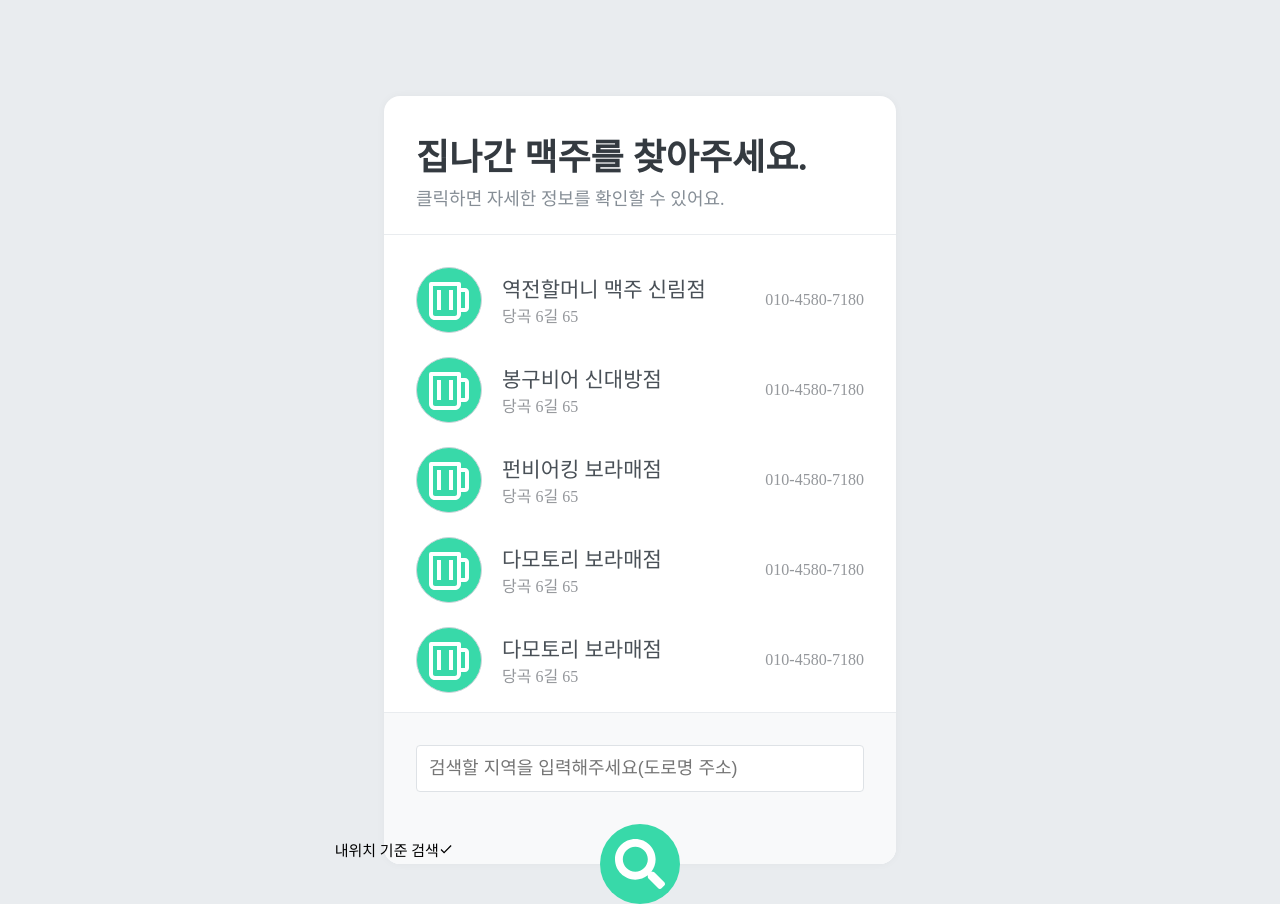
Repository: THE-SOPT-WEB/kimNamjun
Page: / (app in week4/bring-my-beer/)
The author's editor kept a copy of each file at every save. The page is drawn from the files as they stood at one save, then again after the next save.
The browser window is 1280 px wide. The pictures show the whole page.
An inner scrolling area shows only its first screen. The project was rebuilt for these pictures with package versions that can differ from the ones it lists, and the page was loaded fresh each time.

Above is the page before, as saved 2022-05-13 02:08:18.

### week4/bring-my-beer/public/index.html
<!DOCTYPE html>
<html lang="en">
  <head>
    <meta charset="utf-8" />
    <link rel="icon" href="%PUBLIC_URL%/favicon.ico" />
    <meta name="viewport" content="width=device-width, initial-scale=1" />
    <meta name="theme-color" content="#000000" />
    <meta
      name="description"
      content="Web site created using create-react-app"
    />
    <link rel="apple-touch-icon" href="%PUBLIC_URL%/logo192.png" />
    <!--
      manifest.json provides metadata used when your web app is installed on a
      user's mobile device or desktop. See https://developers.google.com/web/fundamentals/web-app-manifest/
    -->
    <link rel="manifest" href="%PUBLIC_URL%/manifest.json" />
    <!--
      Notice the use of %PUBLIC_URL% in the tags above.
      It will be replaced with the URL of the `public` folder during the build.
      Only files inside the `public` folder can be referenced from the HTML.

      Unlike "/favicon.ico" or "favicon.ico", "%PUBLIC_URL%/favicon.ico" will
      work correctly both with client-side routing and a non-root public URL.
      Learn how to configure a non-root public URL by running `npm run build`.
    -->
    <title>우리동네 맥주집</title>
  </head>
  <body>
    <noscript>You need to enable JavaScript to run this app.</noscript>
    <div id="root"></div>
    <!--
      This HTML file is a template.
      If you open it directly in the browser, you will see an empty page.

      You can add webfonts, meta tags, or analytics to this file.
      The build step will place the bundled scripts into the <body> tag.

      To begin the development, run `npm start` or `yarn start`.
      To create a production bundle, use `npm run build` or `yarn build`.
    -->
  </body>
</html>

### week4/bring-my-beer/src/App.js
import React from 'react';
import { createGlobalStyle } from 'styled-components';
import Template from './components/Template';
import Header from './components/Header';
import List from './components/List';
import Search from './components/Search';

const GlobalStyle = createGlobalStyle`
  body {
    background: #e9ecef;
  }
`;

function App() {
  return (
    <>
      <GlobalStyle />
      <Template>
        <Header />
        <List />
        <Search />
      </Template>
    </>
  );
}

export default App;

### week4/bring-my-beer/src/components/Template.jsx
import React from 'react';
import styled from 'styled-components';

const TemplateBlock = styled.div`
  width: 512px;
  height: 768px;

  position: relative;
  background: white;
  border-radius: 16px;
  box-shadow: 0 0 8px 0 rgba(0, 0, 0, 0.04);

  margin: 0 auto;

  margin-top: 96px;
  margin-bottom: 32px;
  display: flex;
  flex-direction: column;
`;

function Template({ children }) {
  return <TemplateBlock>{children}</TemplateBlock>;
}

export default Template;

### week4/bring-my-beer/src/components/Header.jsx
import React from 'react';
import styled from 'styled-components';

const HeaderBlock = styled.div`
  padding: 32px 32px 24px 32px;
  border-bottom: 1px solid #e9ecef;
  h1 {
    margin: 0;
    font-size: 36px;
    color: #343a40;
  }
  .tip {
    margin-top: 4px;
    color: #868e96;
    font-size: 18px;
  }
`;

function Header() {
  return (
    <HeaderBlock>
      <h1>집나간 맥주를 찾아주세요. </h1>
      <div className="tip">클릭하면 자세한 정보를 확인할 수 있어요.</div>
    </HeaderBlock>
  );
}

export default Header;

### week4/bring-my-beer/src/components/List.jsx
import React from 'react';
import axios from "axios";
import Skeleton, { SkeletonTheme } from 'react-loading-skeleton'
import styled from 'styled-components';
import Item from './Item';

const ListBlock = styled.div`
  flex: 1;
  padding: 20px 32px;
  padding-bottom: 48px;
  overflow-y: auto;
`;

function List() {
  return (
    <ListBlock>
      <Item title="역전할머니 맥주 신림점" adress='당곡 6길 65' contact='010-4580-7180'/>
      <Item title="봉구비어 신대방점" adress='당곡 6길 65' contact='010-4580-7180'/>
      <Item title="펀비어킹 보라매점" adress='당곡 6길 65' contact='010-4580-7180'/>
      <Item title="다모토리 보라매점" adress='당곡 6길 65' contact='010-4580-7180'/>
      <Item title="다모토리 보라매점" adress='당곡 6길 65' contact='010-4580-7180'/>
      <Item title="다모토리 보라매점" adress='당곡 6길 65' contact='010-4580-7180'/>
      <Item title="다모토리 보라매점" adress='당곡 6길 65' contact='010-4580-7180'/>
      <Item title="다모토리 보라매점" adress='당곡 6길 65' contact='010-4580-7180'/>
      <Item title="다모토리 보라매점" adress='당곡 6길 65' contact='010-4580-7180'/>
      <Item title="다모토리 보라매점" adress='당곡 6길 65' contact='010-4580-7180'/>
      <Item title="다모토리 보라매점" adress='당곡 6길 65' contact='010-4580-7180'/>
      <Item title="다모토리 보라매점" adress='당곡 6길 65' contact='010-4580-7180'/>
      <Item title="다모토리 보라매점" adress='당곡 6길 65' contact='010-4580-7180'/>
      <Item title="다모토리 보라매점" adress='당곡 6길 65' contact='010-4580-7180'/>
      <Item title="다모토리 보라매점" adress='당곡 6길 65' contact='010-4580-7180'/>
      <Item title="다모토리 보라매점" adress='당곡 6길 65' contact='010-4580-7180'/>
    </ListBlock>
  );
}

export default List;

### week4/bring-my-beer/src/components/Search.jsx
import React from 'react';
import styled from 'styled-components';
import { FaSearch } from 'react-icons/fa';
import { MdDone } from 'react-icons/md';

const CircleButton = styled.button`
  background: #38d9a9;
  &:hover {
    background: #63e6be;
  }
  &:active {
    background: #20c997;
  }

  cursor: pointer;
  width: 80px;
  height: 80px;
  display: block;
  align-items: center;
  justify-content: center;
  font-size: 50px;
  position: absolute;
  left: 50%;
  bottom: 0px;
  transform: translate(-50%, 50%);
  color: white;
  border-radius: 50%;
  border: none;
  outline: none;
  display: flex;
  align-items: center;
  justify-content: center;
  transition: 0.125s all ease-in;

`;

const InsertFormPositioner = styled.div`
  width: 100%;
  bottom: 0;
  left: 0;
  position: absolute;
`;

const InsertForm = styled.form`
  background: #f8f9fa;
  padding: 32px 32px 72px 32px;
  border-bottom-left-radius: 16px;
  border-bottom-right-radius: 16px;
  border-top: 1px solid #e9ecef;
`;

const Input = styled.input`
  padding: 12px;
  border-radius: 4px;
  border: 1px solid #dee2e6;
  width: 100%;
  outline: none;
  font-size: 18px;
  box-sizing: border-box;
`;

const CheckBox = styled.div`
  display: block;
  align-items: center;
  justify-content: center;
  font-size: 15px;
  position: absolute;
  left: 2%;
  bottom: 15px;
  transform: translate(-50%, 50%);
  border-radius: 50%;
  border: none;
  outline: none;
  display: flex;
  align-items: center;
  justify-content: center;
  transition: 0.125s all ease-in;

`

function Search() {

  return (
    <>
        <InsertFormPositioner>
          <InsertForm>
            <Input autoFocus placeholder="검색할 지역을 입력해주세요(도로명 주소)" disabled='' />
          </InsertForm>
        </InsertFormPositioner>
      <CircleButton>
        <FaSearch/>
      </CircleButton>
      <CheckBox>
        <p> 내위치 기준 검색 </p>
        <MdDone/>
      </CheckBox>

    </>
  );
}

export default Search;

### week4/bring-my-beer/src/components/Item.jsx
import React from 'react';
import styled  from 'styled-components';
import { BiBeer } from 'react-icons/bi';

const Remove = styled.div`
  display: flex;
  align-items: center;
  justify-content: center;
  color: #dee2e6;
  font-size: 24px;
  cursor: pointer;
`;

const ItemBlock = styled.div`
  display: flex;
  align-items: center;
  padding-top: 12px;
  padding-bottom: 12px;
`;

const Icon = styled.div`
  width: 64px;
  height: 64px;
  border-radius: 50px;
  border: 1px solid #ced4da;
  font-size: 48px;
  display: flex;
  align-items: center;
  justify-content: center;
  margin-right: 20px;
  cursor: pointer;
  background-color: #38d9a9;
  color: #fff;
`;

const Title = styled.div`
  flex: 1;
  font-size: 21px;
  color: #495057;
`;

const Adress = styled.div`
  font-size: 16px;
  color: #94979b;
`

const  Contact = styled.div`
  font-size: 16px;
  color: #94979b;
`

function Item({ title,adress,contact }) {
  return (
    <ItemBlock>
      <Icon >
        <BiBeer />
      </Icon>
      <Title >{title}
        <Adress>{adress}</Adress>
      </Title>
      <Contact>{contact}</Contact>
    </ItemBlock>
  );
}

export default Item;

Loaded but not shown: week4/bring-my-beer/src/index.js (common file)

After the next save:
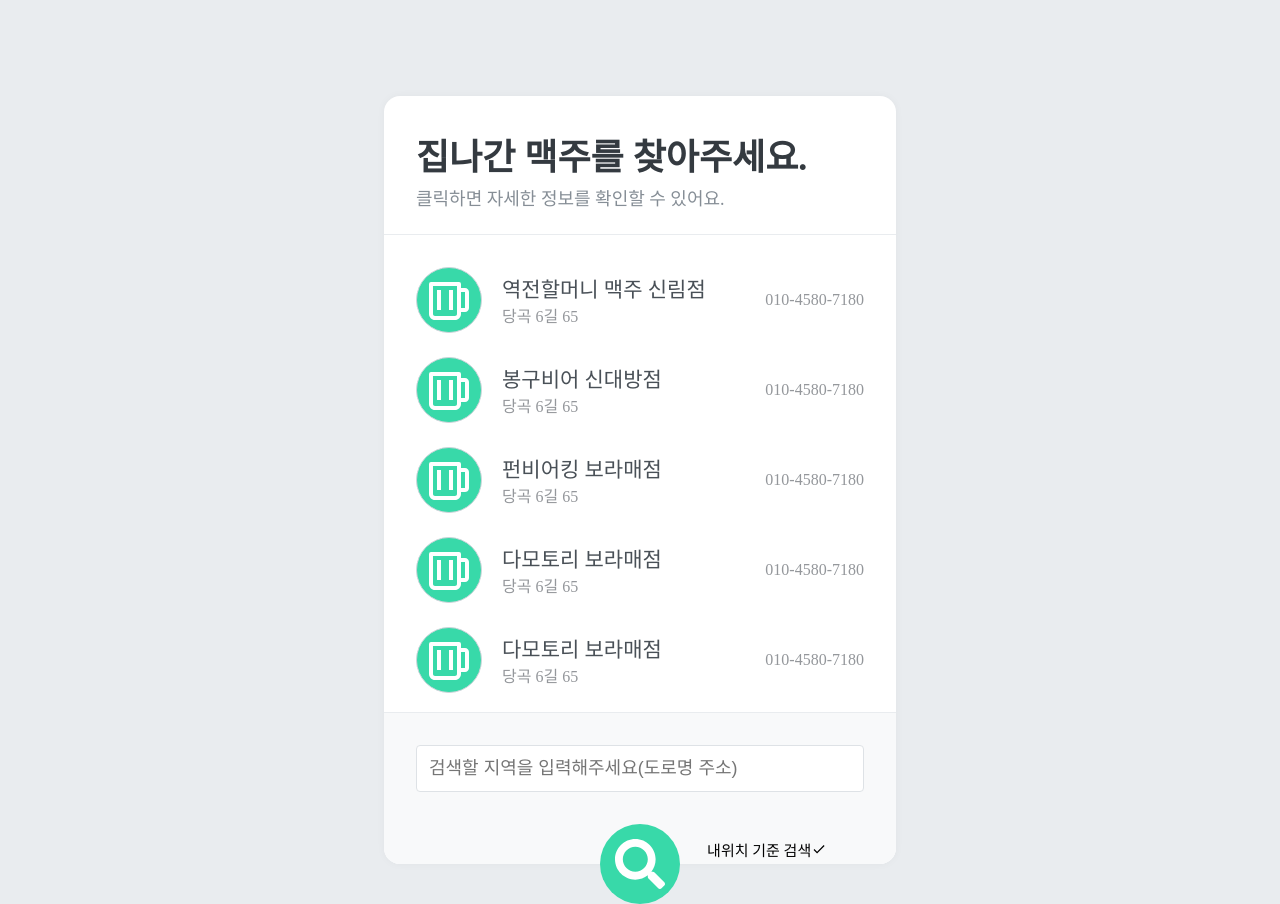
Saved 48 s later.
--- a/week4/bring-my-beer/src/components/Search.jsx
+++ b/week4/bring-my-beer/src/components/Search.jsx
@@ -65,7 +65,7 @@ const CheckBox = styled.div`
   justify-content: center;
   font-size: 15px;
   position: absolute;
-  left: 2%;
+  right: 2%;
   bottom: 15px;
   transform: translate(-50%, 50%);
   border-radius: 50%;
